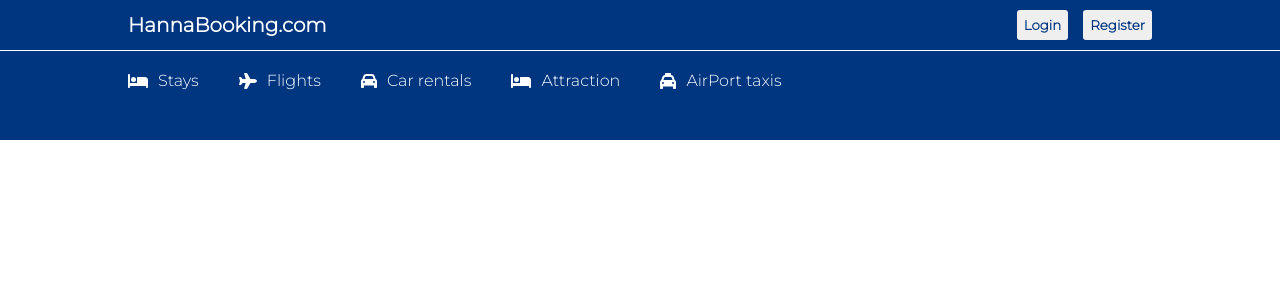
Repository: truongnguyenuit/BookingWebApp
Page: /hotels
An editor plug-in stored every save of this project. The page is shown before and after a run of saves, followed by the edit.
The browser window is 1280 px wide. The pictures show the whole page.
The project was rebuilt for these pictures with package versions that can differ from the ones it lists, and the page was loaded fresh each time. Also part of the build but not shown: src/components/featured/featured.css, src/components/featured/Featured.jsx, src/components/propertyList/propertyList.css, src/components/propertyList/PropertyList.jsx, src/components/featuredProperties/featuredProperties.css, src/components/featuredProperties/FeaturedProperties.jsx, src/components/mailList/mailList.css, src/components/mailList/MailList.jsx and 7 more.

Above is the page before, as saved 2022-06-13 09:42:39.

After the next 2 saves:
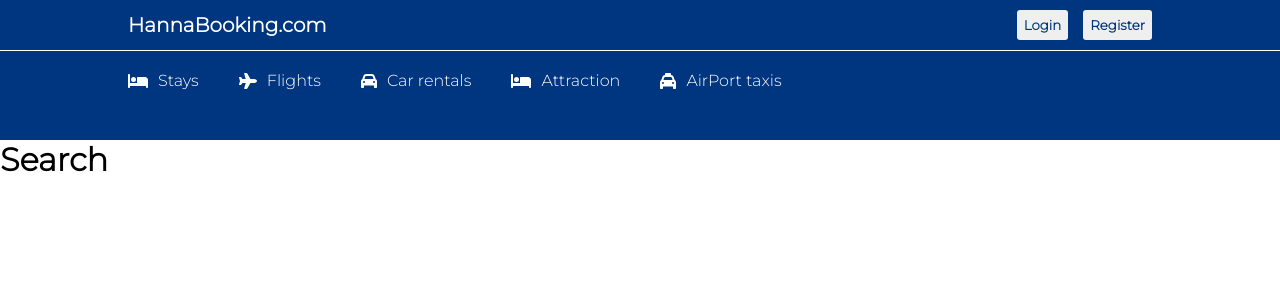
The 2 saves are shown as one change because they came seconds apart.
The last was saved 8 s later.
--- a/src/pages/list/List.jsx
+++ b/src/pages/list/List.jsx
@@ -19,9 +19,7 @@ const List = () => {
       <div className="listContainer">
         <div className="listWrapper">
           <div className="listSearch">
-            <h1 className="lsItem">
-
-            </h1>
+            <h1 className="lsItem">Search</h1>
           </div>
         </div>
       </div>
